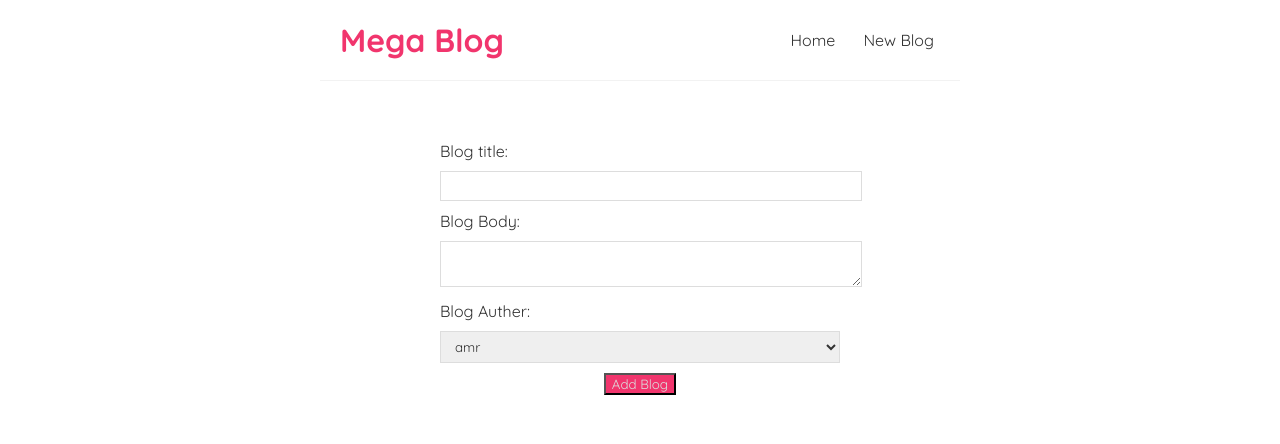
Repository: Amr-Hendawy/blog
Page: /create
The author's editor kept a copy of each file at every save. The page is drawn from the files as they stood at one save, then again after the next save.
The browser window is 1280 px wide. The pictures show the whole page.
The project was rebuilt for these pictures with package versions that can differ from the ones it lists, and the page was loaded fresh each time. A package was used in the major version that the imports need, not the one package.json lists. Also part of the build but not shown: src/Components/BlogList/BlogList.js, src/Components/Home/Home.css, src/Components/useFetch/useFetch.js, src/Components/Home/Home.js, src/Components/BlogDetails/BlogDetails.js.

Above is the page before, as saved 2022-11-09 19:52:45.

### src/index.css
@import url("https://fonts.googleapis.com/css2?family=Quicksand:wght@300;400;500;600;700&display=swap");
/* base styles */
* {
  margin: 0;
  font-family: "Quicksand";
  color: #333;
}
.navbar {
  padding: 20px;
  display: flex;
  align-items: center;
  max-width: 600px;
  margin: 0 auto;
  border-bottom: 1px solid #f2f2f2;
}
.navbar h1 {
  color: #f1356d;
}
.navbar .links {
  margin-left: auto;
}
.navbar a {
  margin-left: 16px;
  text-decoration: none;
  padding: 6px;
}
.navbar a:hover {
  color: #f1356d;
}
.content {
  max-width: 600px;
  margin: 40px auto;
  padding: 20px;
}
/*blog previews / list*/

.blog-preview {
  padding: 10px 16px;
  margin: 20px 0;
  border-bottom: 1px solid rgba(0, 0, 0, 0.1);
}

.blog-preview:hover {
  box-shadow: 1px 3px 5px rgba(0, 0, 0, 0.1);
}
.blog-preview h2 {
  font-size: 20px;
  color: #f1356d;
  margin-bottom: 8px;
}
.blog-preview a {
  text-decoration: none;
}
.create {
  max-width: 400px;
  margin: 0 auto;
  text-align: center;
}

.create label {
  text-align: left;
  display: block;
}

.create h2 {
  font-size: 20px;
  color: #f1356d;
  margin-bottom: 30px;
}
.create input,
.create textarea,
.create select {
  width: 100%;
  padding: 6px 10px;
  margin: 10px 0;
  border: 1px solid #ddd;
}
.create button {
  background-color: #f1356d;
  color: #ddd;
}

### src/App.js
import Home from "./Components/Home/Home";
import { Navbar } from "./Components/Navbar/Navbar";
import { BrowserRouter as Router, Route, Switch } from "react-router-dom";
import Create from "./Components/Create/Create";
import BlogDetails from "./Components/BlogDetails/BlogDetails";
function App() {
  return (
    <Router>
      <div className="App">
        <Navbar />
        <div className="content">
          <Switch>
            <Route exact path="/">
              <Home />
            </Route>
            <Route path="/create">
              <Create />
            </Route>
            <Route path="/blogs/:id">
              <BlogDetails />
            </Route>
          </Switch>
        </div>
      </div>
    </Router>
  );
}

export default App;

### src/Components/Navbar/Navbar.js
import React from "react";
import { Link } from "react-router-dom";
export const Navbar = () => {
  return (
    <div className="navbar">
      <h1>Mega Blog</h1>
      <div className="links">
        <Link to="/">Home</Link>
        <Link to="/create">New Blog</Link>
      </div>
    </div>
  );
};

### src/Components/Create/Create.js
const Create = () => {
  return (
    <div className="create">
      <form>
        <label>Blog title:</label>
        <input type="text" required />
        {""}
        <label>Blog Body:</label>
        <textarea type="text" required></textarea>
        {""}
        <label>Blog Auther:</label>
        <select>
          <option value="amr">amr</option>
          <option value="john">john</option>
          <option value="mario">mario</option>
        </select>
        <button>Add Blog</button>
      </form>
    </div>
  );
};

export default Create;

Loaded but not shown: src/index.js (common file)

After the next save:
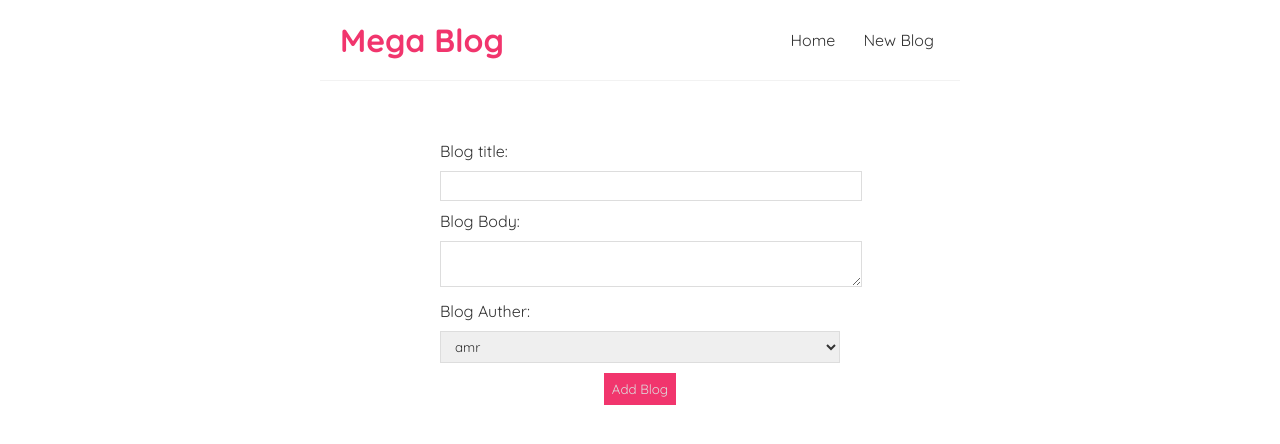
Saved 115 s later.
--- a/src/index.css
+++ b/src/index.css
@@ -78,4 +78,6 @@
 .create button {
   background-color: #f1356d;
   color: #ddd;
+  border: 0;
+  padding: 8px;
 }
